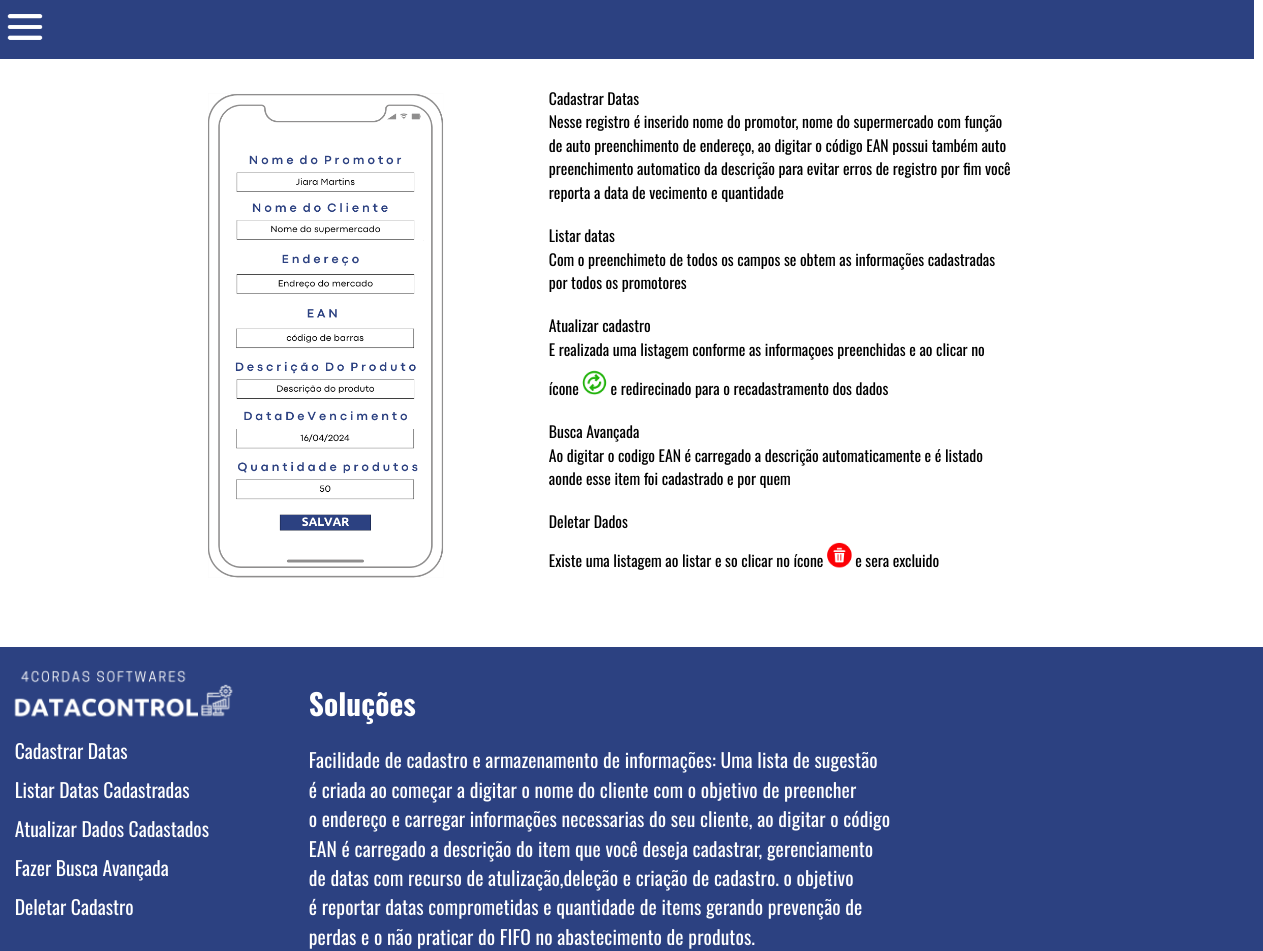
Repository: alfredo-allan/ControleDeDatasFrontEnd
Page: index.html
An editor plug-in stored every save of this project. The page is shown before and after the next save, followed by the edit.
The browser window is 1280 px wide. The page is 1289 px wide, so the pictures cover 1289 px, including what lies to the right of the window. The pictures show the whole page, at 98% of full size.

Above is the page before, as saved 2024-04-30 14:42:21.
Console error: TypeError: Cannot read properties of null (reading 'addEventListener')

After the next save:
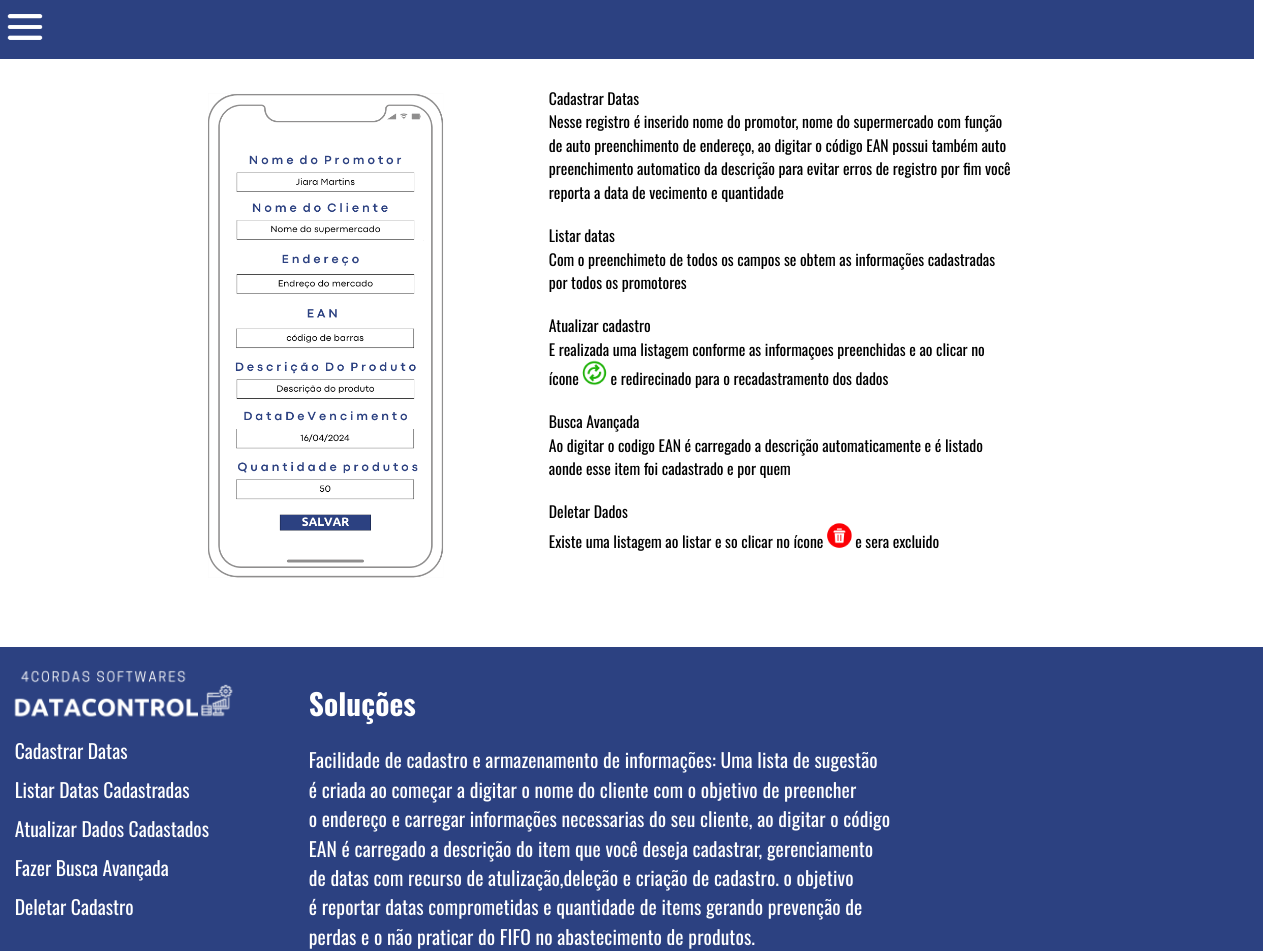
Saved 14 s later.
--- a/style/style.css
+++ b/style/style.css
@@ -459,6 +459,6 @@ button:focus {
 
   img {
     width: 25px;
-    margin-top: 10px;
-  }
-}
+
+  }
+}
